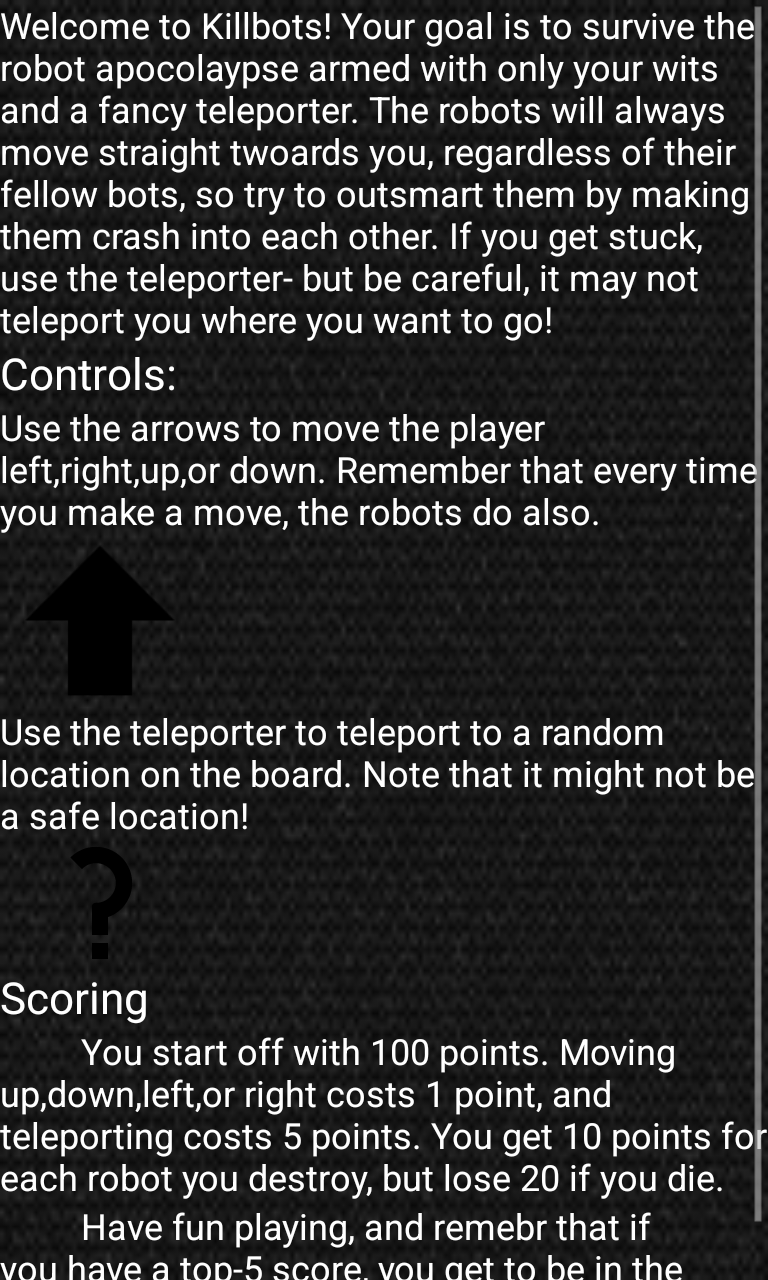
Repository: Tacohen/Killbots
Layout: Killbots/res/layout/how_to_play.xml
The author's editor kept a copy of each file at every save. The layout is drawn from the files as they stood at one save, then again after the next save.
It is drawn on a 768 x 1280 px phone screen (xhdpi) without system bars, with theme AppTheme; the app's code is not run.

Above is the layout before, as saved 2013-12-09 02:10:08.

After the next save:
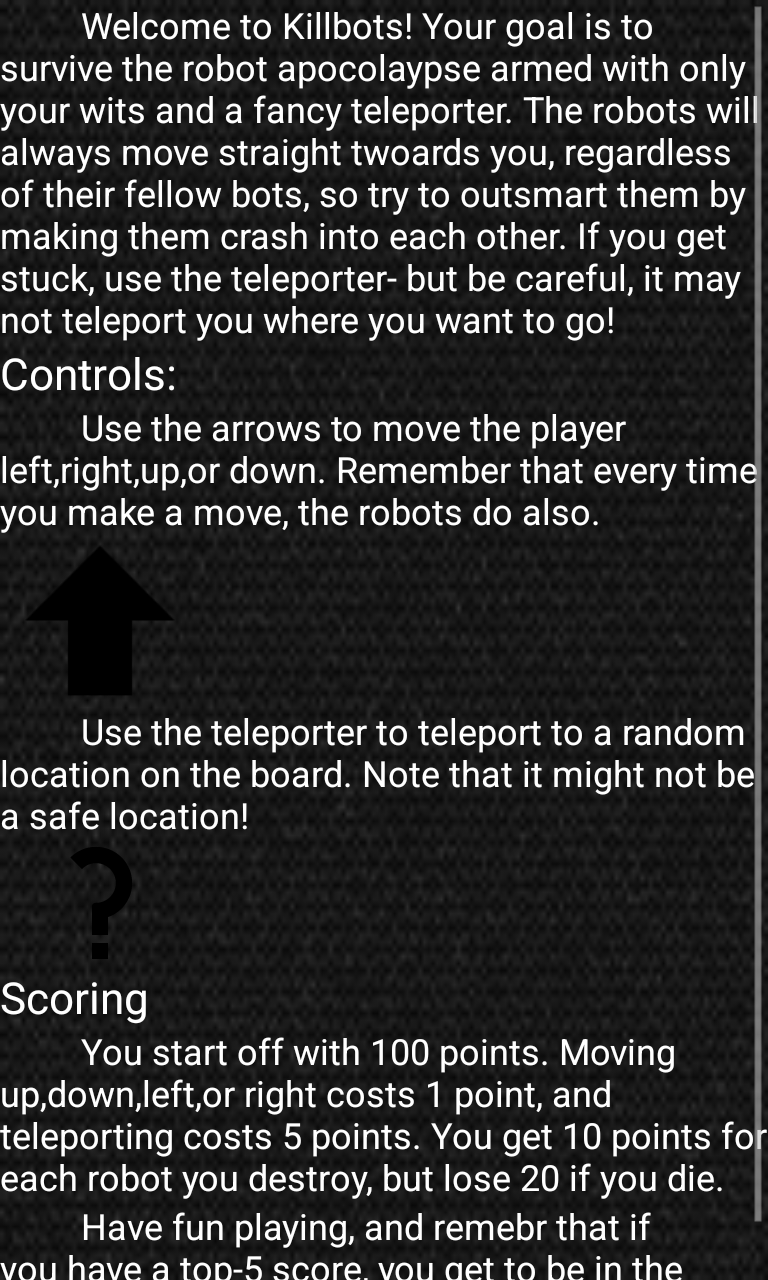
Saved 40 s later.
--- a/Killbots/res/layout/how_to_play.xml
+++ b/Killbots/res/layout/how_to_play.xml
@@ -15,7 +15,8 @@
         android:layout_width="wrap_content"
         android:layout_height="wrap_content"
         android:textColor="#FFFFFF"
-        android:text="Welcome to Killbots! Your goal is to survive the robot apocolaypse armed with only your wits and a fancy teleporter. The robots will always move straight twoards you, regardless of their fellow bots, so try to outsmart them by making them crash into each other. If you get stuck, use the teleporter- but be careful, it may not teleport you where you want to go!"
+        android:text="
+        Welcome to Killbots! Your goal is to survive the robot apocolaypse armed with only your wits and a fancy teleporter. The robots will always move straight twoards you, regardless of their fellow bots, so try to outsmart them by making them crash into each other. If you get stuck, use the teleporter- but be careful, it may not teleport you where you want to go!"
         android:textAppearance="?android:attr/textAppearanceMedium" />
 
     <TextView
@@ -31,7 +32,8 @@
         android:layout_width="wrap_content"
         android:layout_height="wrap_content"
         android:textColor="#FFFFFF"
-        android:text="Use the arrows to move the player left,right,up,or down. Remember that every time you make a move, the robots do also."
+        android:text="
+        Use the arrows to move the player left,right,up,or down. Remember that every time you make a move, the robots do also."
         android:textAppearance="?android:attr/textAppearanceMedium" />
 
     <ImageView
@@ -45,7 +47,8 @@
         android:layout_width="wrap_content"
         android:layout_height="wrap_content"
         android:textColor="#FFFFFF"
-        android:text="Use the teleporter to teleport to a random location on the board. Note that it might not be a safe location!"
+        android:text="
+        Use the teleporter to teleport to a random location on the board. Note that it might not be a safe location!"
         android:textAppearance="?android:attr/textAppearanceMedium" />
 
     <ImageView
